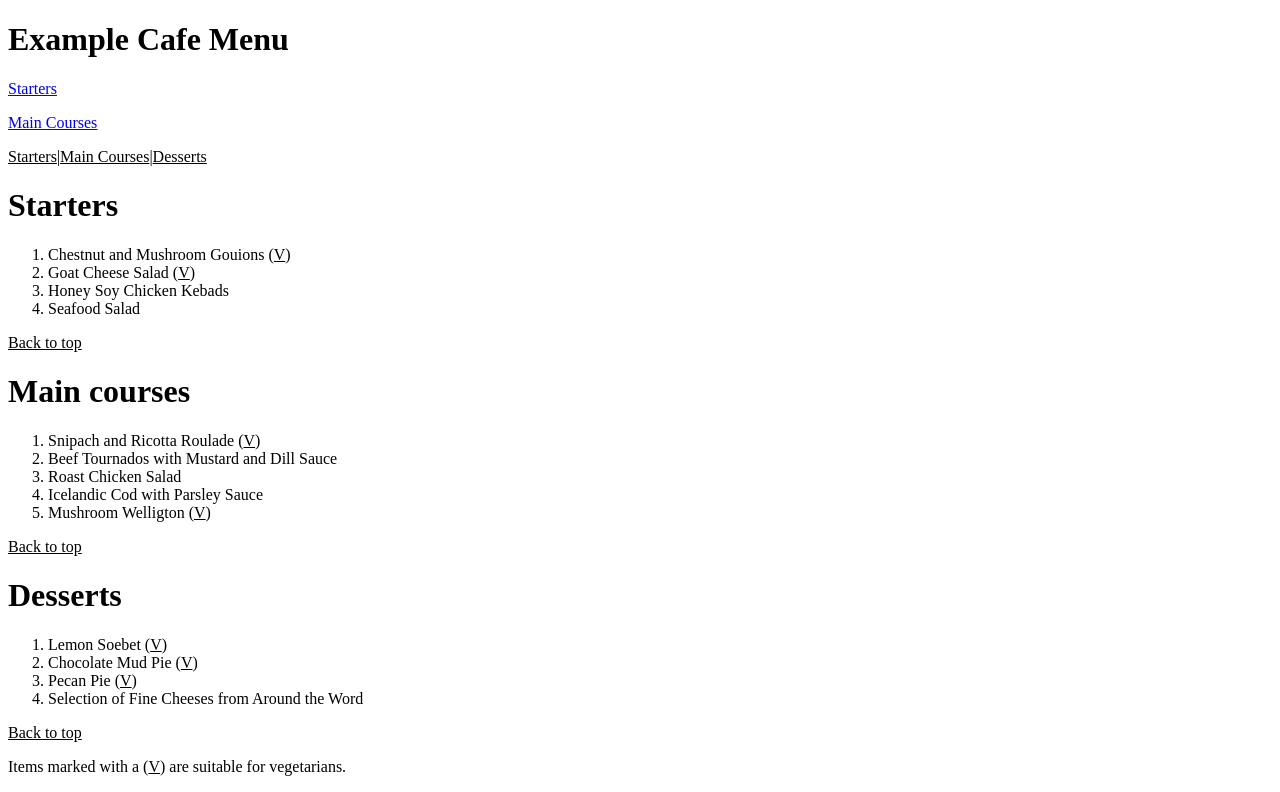
Repository: PhamChiXuan1/HTCNW_tuan3_DHCNTT16C_PhamChiXuan_20030131
Page: bt5.html
These files come from the project's save history. The page is drawn as it stood at one moment and after the next save; the edit follows.
The browser window is 1280 px wide. The pictures show the whole page.

Above is the page before, as saved 2022-02-26 21:53:34.

### bt5.html
<!DOCTYPE html>
<html lang="en">
<head>
    <meta charset="UTF-8">
    <meta http-equiv="X-UA-Compatible" content="IE=edge">
    <meta name="viewport" content="width=device-width, initial-scale=1.0">
    <title>Document</title>
</head>
<body>
    <H1>Example Cafe Menu</H1>
    <A href="https://www.google.com/search?q=%E1%BA%A3nh+%C4%91%E1%BA%B9p&oq=%E1%BA%A3nh+%C4%91%E1%BA%B9p&aqs=chrome..69i57j69i59l2j69i60j5j69i60j69i61j69i60.1371j0j9&sourceid=chrome&ie=UTF-8""https://www.google.com/search?q=phim&oq=phim&aqs=chrome..69i57j69i59j35i39j0i433i512j0i131i433i512l3j0i433i512j0i131i433j0i512.682j0j4&sourceid=chrome&ie=UTF-8"><P><U>Starters</U></P><P><U>Main Courses</U></P></A>
    <P><U>Starters</U>|<U>Main Courses</U>|<U>Desserts</U></P>
    <H1>Starters</H1>
    <ol type="1">
        <li type="">Chestnut and Mushroom Gouions (<U>V</U>)</li>
        <li>Goat Cheese Salad (<U>V</U>)</li>
        <li>Honey Soy Chicken Kebads</li>
        <li>Seafood Salad</li>
    </ol>
    <P><U>Back to top</U></P>
    <H1>Main courses</H1>
    <ol type="1">
        <li>Snipach and Ricotta Roulade (<U>V</U>)</li>
        <li>Beef Tournados with Mustard and Dill Sauce</li>
        <li>Roast Chicken Salad</li>
        <li>Icelandic Cod with Parsley Sauce</li>
        <li>Mushroom Welligton (<U>V</U>)</li>
    </ol>
    <P><U>Back to top</U></P>
    <H1>Desserts</H1>
    <ol type="1">
        <li>Lemon Soebet (<U>V</U>)</li>
        <li>Chocolate Mud Pie (<U>V</U>)</li>
        <li>Pecan Pie (<U>V</U>)</li>
        <li>Selection of Fine Cheeses from Around the Word</li>
    </ol>
    <P><U>Back to top</U></P>
    <p>Items marked with a (<U>V</U>) are suitable for vegetarians.</p>
</body>
</html>

After the next save:
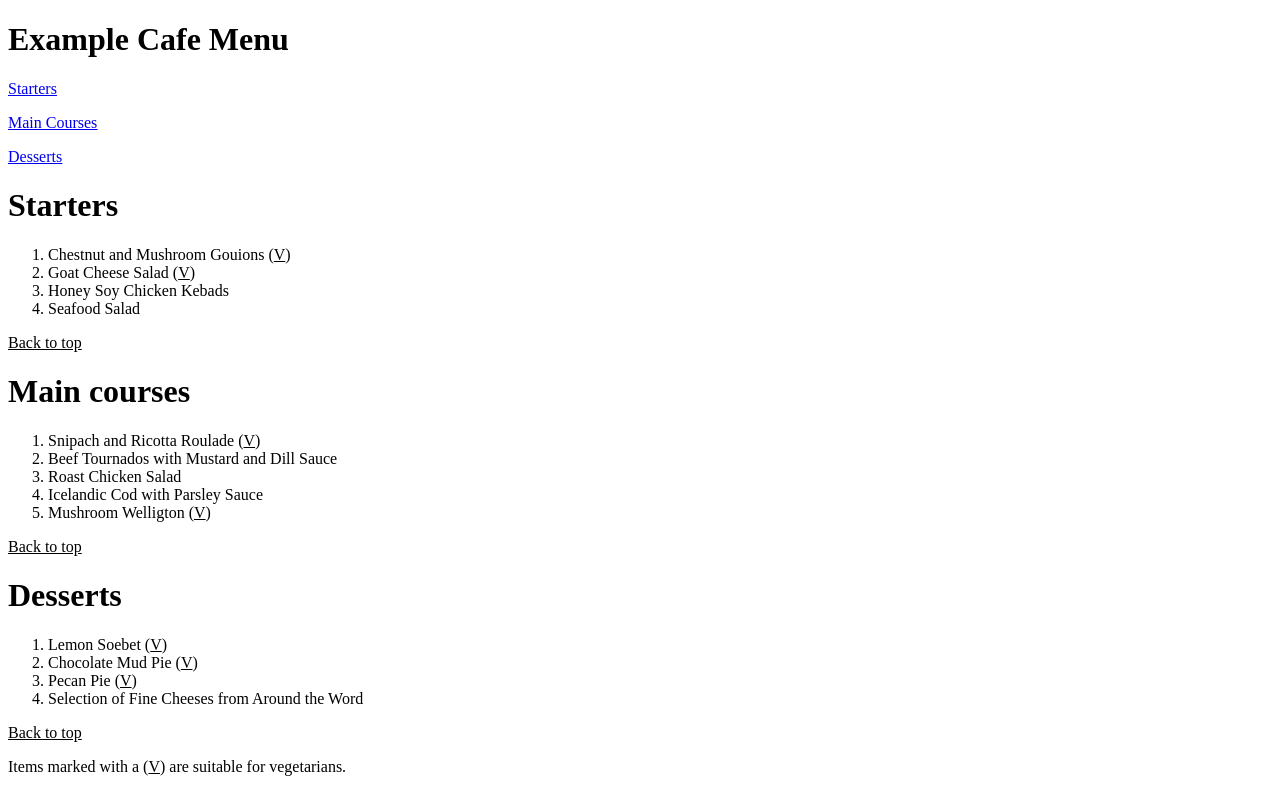
Saved 53 s later.
--- a/bt5.html
+++ b/bt5.html
@@ -8,8 +8,7 @@
 </head>
 <body>
     <H1>Example Cafe Menu</H1>
-    <A href="https://www.google.com/search?q=%E1%BA%A3nh+%C4%91%E1%BA%B9p&oq=%E1%BA%A3nh+%C4%91%E1%BA%B9p&aqs=chrome..69i57j69i59l2j69i60j5j69i60j69i61j69i60.1371j0j9&sourceid=chrome&ie=UTF-8""https://www.google.com/search?q=phim&oq=phim&aqs=chrome..69i57j69i59j35i39j0i433i512j0i131i433i512l3j0i433i512j0i131i433j0i512.682j0j4&sourceid=chrome&ie=UTF-8"><P><U>Starters</U></P><P><U>Main Courses</U></P></A>
-    <P><U>Starters</U>|<U>Main Courses</U>|<U>Desserts</U></P>
+    <A href="https://www.google.com/search?q=%E1%BA%A3nh+%C4%91%E1%BA%B9p&oq=%E1%BA%A3nh+%C4%91%E1%BA%B9p&aqs=chrome..69i57j69i59l2j69i60j5j69i60j69i61j69i60.1371j0j9&sourceid=chrome&ie=UTF-8""https://www.google.com/search?q=phim&oq=phim&aqs=chrome..69i57j69i59j35i39j0i433i512j0i131i433i512l3j0i433i512j0i131i433j0i512.682j0j4&sourceid=chrome&ie=UTF-8""https://www.google.com/search?q=nh%E1%BA%A1c&oq=nh%E1%BA%A1c&aqs=chrome.0.69i59j35i39l2j46i433i512j69i61l3j69i65.770j0j9&sourceid=chrome&ie=UTF-8"><P><U>Starters</U></P><P><U>Main Courses</U></P><P><U>Desserts</U></P></A>
     <H1>Starters</H1>
     <ol type="1">
         <li type="">Chestnut and Mushroom Gouions (<U>V</U>)</li>
